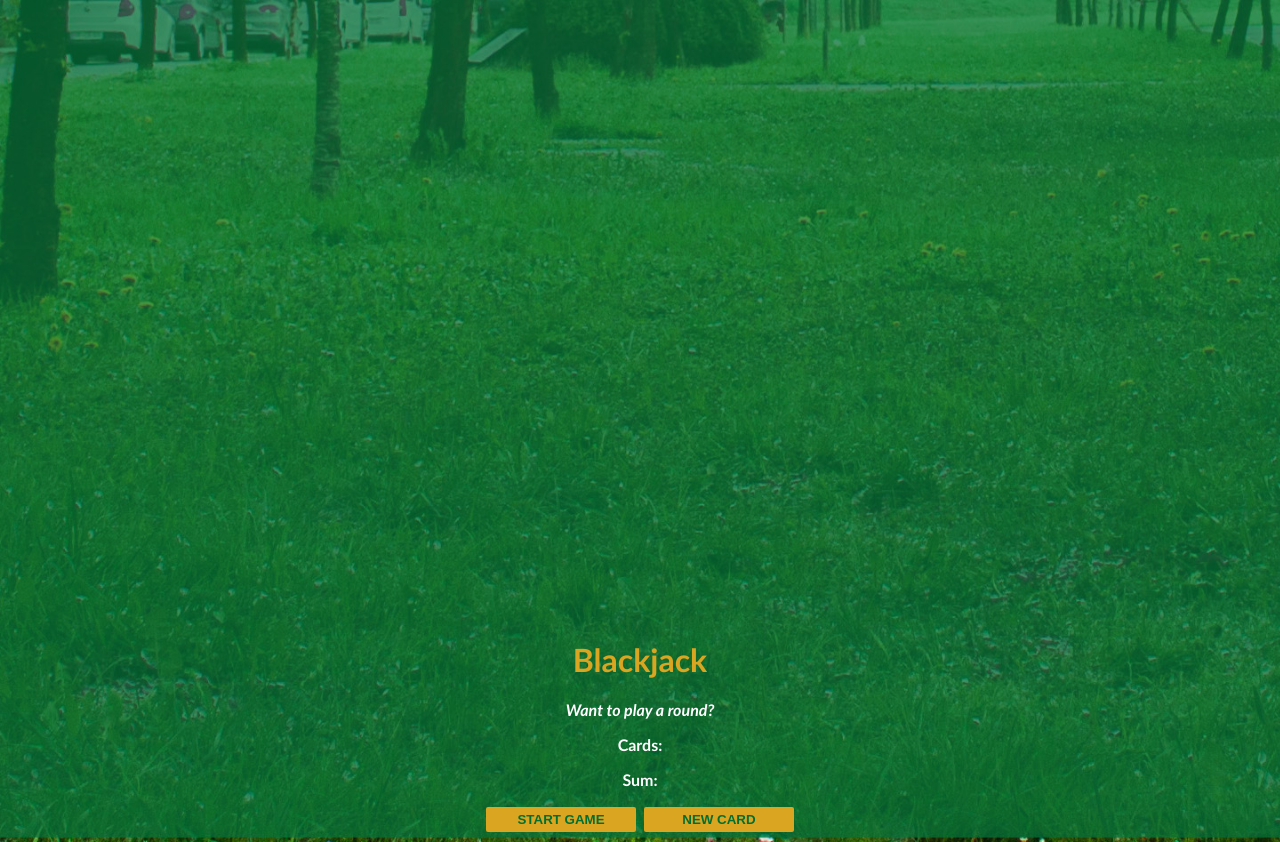
Repository: Samkiroko/black_jack
Page: index.html
These files come from the project's save history. The page is drawn as it stood at one moment and after the next save; the edit follows.
The browser window is 1280 px wide. The pictures show the whole page.

Above is the page before, as saved 2022-04-29 15:06:11.

After the next save:
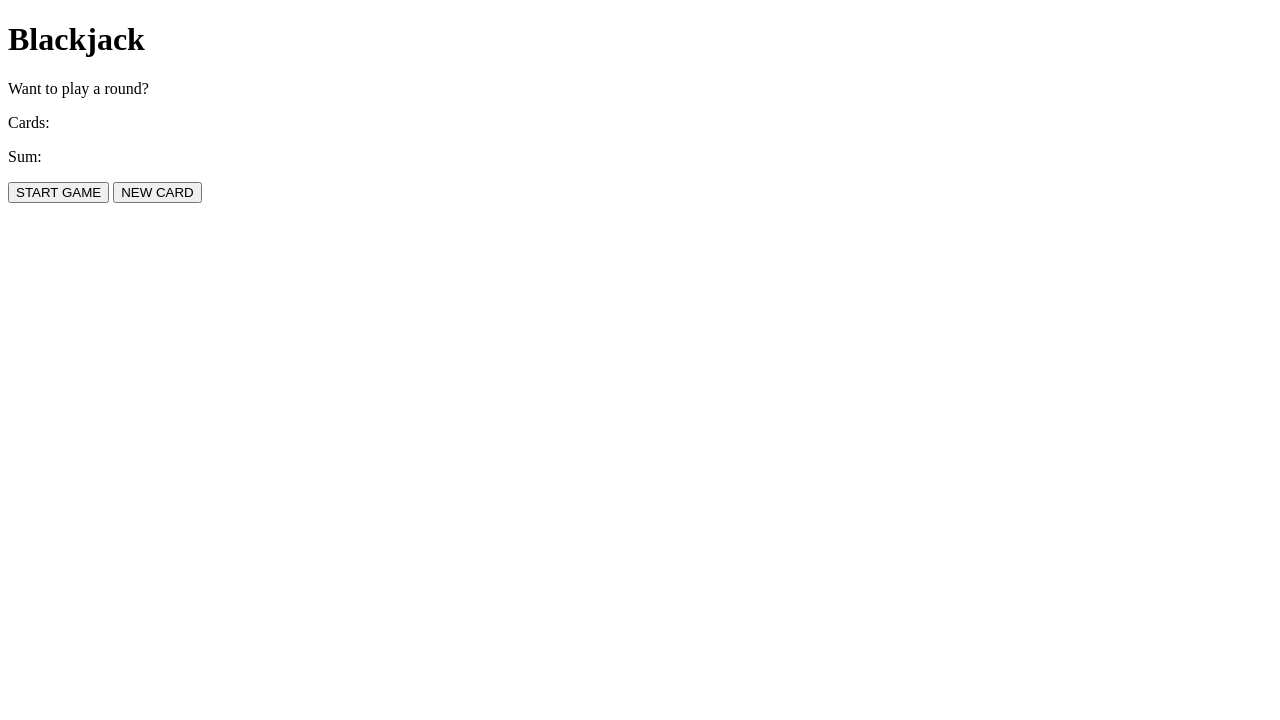
Saved 21 h 25 min later.
--- a/index.html
+++ b/index.html
@@ -1,7 +1,11 @@
-<html>
+<!DOCTYPE html>
+<html lang="en">
 
 <head>
-    <link rel="stylesheet" href="index.css">
+    <meta charset="UTF-8">
+    <meta http-equiv="X-UA-Compatible" content="IE=edge">
+    <meta name="viewport" content="width=device-width, initial-scale=1.0">
+    <title>Document</title>
 </head>
 
 <body>
@@ -13,6 +17,7 @@
     <button onclick="newCard()">NEW CARD</button>
     <!-- 1. Create a NEW CARD button, make it run newCard() on click -->
     <script src="index.js"></script>
+
 </body>
 
 </html>

After the save that followed:
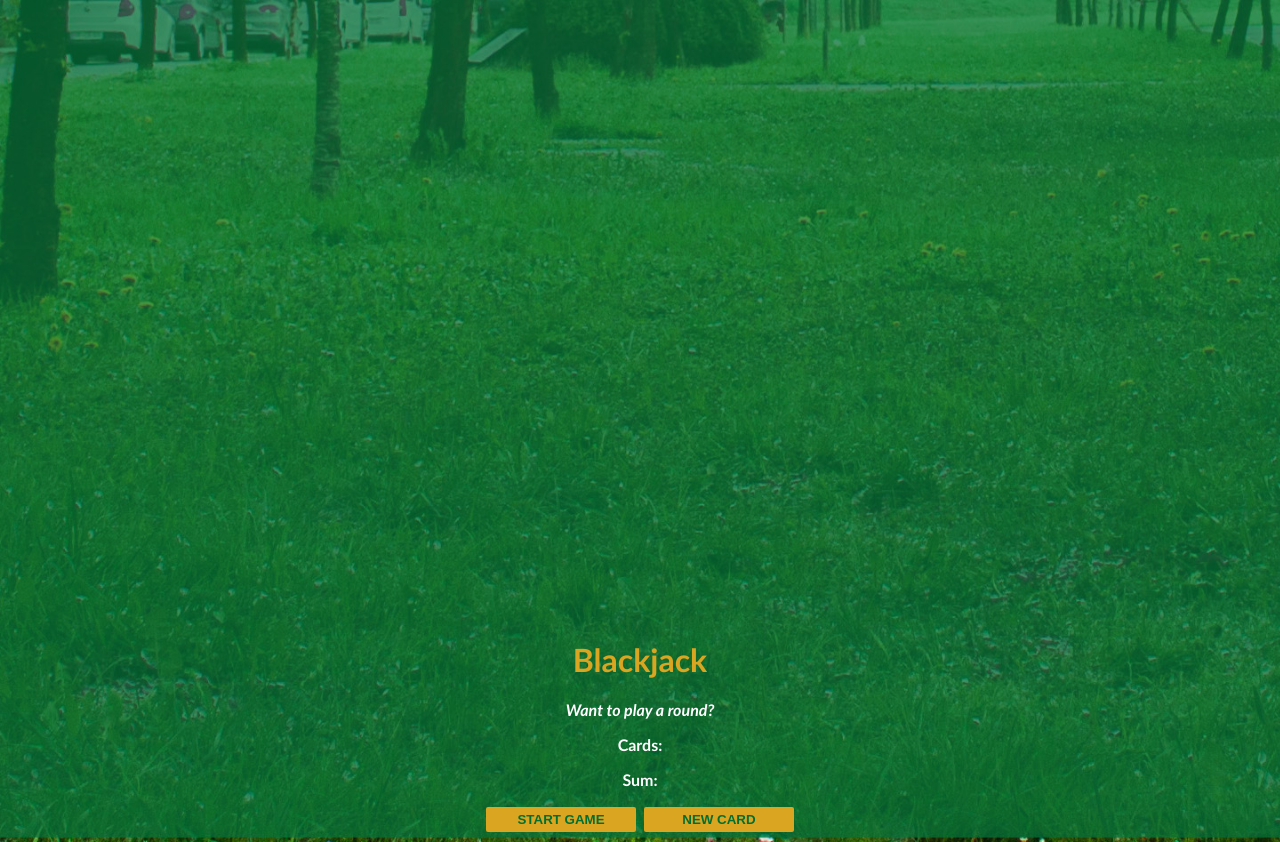
Saved 36 s later.
--- a/index.html
+++ b/index.html
@@ -5,6 +5,7 @@
     <meta charset="UTF-8">
     <meta http-equiv="X-UA-Compatible" content="IE=edge">
     <meta name="viewport" content="width=device-width, initial-scale=1.0">
+    <link rel="stylesheet" href="index.css">
     <title>Document</title>
 </head>
 
